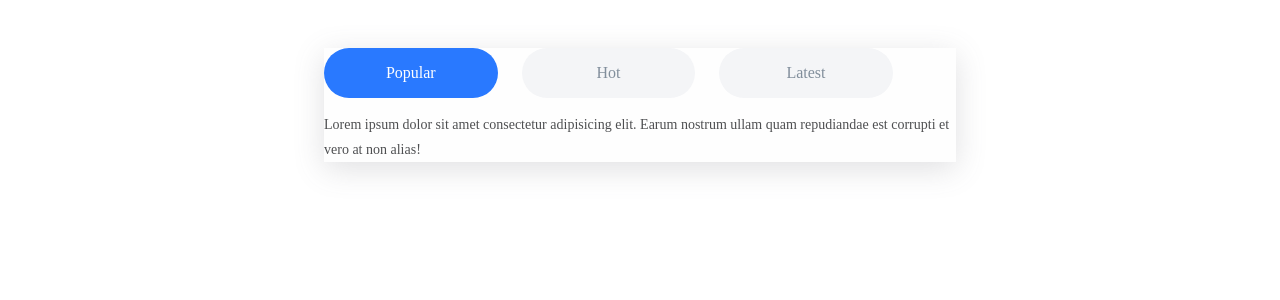
Repository: tungts3qb/Javascript
Page: tab.html
These files come from the project's save history. The page is drawn as it stood at one moment and after the next save; the edit follows.
The browser window is 1280 px wide. The pictures show the whole page.
After loading, the first visible `div.tab-item` was clicked once.

Above is the page before, as saved 2022-12-25 01:34:02.

### tab.html
<!DOCTYPE html>
<html lang="en">
  <head>
    <meta charset="UTF-8" />
    <meta http-equiv="X-UA-Compatible" content="IE=edge" />
    <meta name="viewport" content="width=device-width, initial-scale=1.0" />
    <link rel="stylesheet" href="style.css" />
    <title>Tab</title>
  </head>
  <body>
    <div class="tab">
      <div class="tab-list">
        <div class="tab-item active" data-tab="1">Popular</div>
        <div class="tab-item" data-tab="2">Hot</div>
        <div class="tab-item" data-tab="3">Latest</div>
      </div>
      <div class="tab-wrapper">
        <div class="tab-content active" data-tab="1">
          <h3 class="post-title">
            Lorem ipsum dolor sit amet consectetur adipisicing elit. Possimus
            veniam quam,
          </h3>
        </div>

        <div class="tab-content" data-tab="2">
          <h3 class="post-title">
            Lorem ipsum dolor sit amet consectetur adipisicing elit. Earum
            nostrum ullam quam repudiandae est corrupti et vero at non alias!
          </h3>
        </div>

        <div class="tab-content" data-tab="3">
          <h3 class="post-title">
            Lorem ipsum dolor sit amet consectetur adipisicing elit. Vero
            aspernatur dolore quibusdam et, vel pariatur dolores minima ipsa
            voluptas repellat rem, blanditiis corporis fugiat aut ullam debitis
            at sunt aliquid?
          </h3>
        </div>
      </div>
    </div>
    <script src="./tab.js"></script>
  </body>
</html>

### style.css
.button {
  padding: 20px;
  color: white;
  background-color: #ffa400;
  border: 0;
  margin: 50px auto;
  display: block;
  width: 300px;
  font-family: "Poppins", sans-serif;
}

.change {
  display: block;
  padding: 15px 40px;
  border-radius: 10px;
  border: 0;
  color: white;
  font-family: "Poppins", sans-serif;
  margin: 50px auto;
  background-color: #3d6ef7;
}

.menu {
  width: 300px;
  position: fixed;
  top: 0;
  right: 0;
  bottom: 0;
  box-shadow: rgba(100, 100, 111, 0.2) 0px 7px 29px 0px;
  list-style: none;
  transform: translateX(100%);
  transition: transform 0.25s linear;
  margin-top: 0;
  margin-bottom: 0;
}

.menu.is-show {
  transform: translateX(0%);
}

.menu-link {
  display: block;
  padding: 20px 15px;
  color: #333;
  border-bottom: 1px solid #eee;
}

.header {
  padding: 20px;
  display: flex;
  align-items: center;
  justify-content: flex-end;
}

.menu-toggle {
  cursor: pointer;
  font-size: 30px;
  position: relative;
  z-index: 9999;
}

.menu-item a {
  text-decoration: none;
}

/* ============ Tab.html ============= */

.tab {
  margin: 3rem auto;
  width: 50%;
  background-color: #fefefe;
  box-shadow: rgba(100, 100, 111, 0.2) 0px 7px 29px 0px;
}

.tab-list {
  display: flex;
  justify-content: space-between;

  width: 90%;
}

.tab-item {
  cursor: pointer;
  padding: 1rem 2rem;
  border-radius: 5rem;
  color: #818e9b;
  background-color: #f4f5f7;
  text-align: center;
  white-space: nowrap;
  font-weight: 500;
  margin: 0 auto;
  flex: 1;
}

.tab-item.active {
  color: white;
  background-color: #2979ff;
  pointer-events: none;
}

.tab-item:not(:first-child) {
  margin-left: 1.5rem;
}

.tab-content {
  display: none;
}

.tab-content.active {
  display: block;
}

.post {
  display: flex;
  align-items: center;
}

.post:not(:first-child) {
  margin-bottom: 2rem;
}

.post-title {
  color: #4e4f51;
  font-weight: 300;
  line-height: 1.8;
  font-size: 14px;
}

### tab.js
const tabItems = document.querySelectorAll(".tab-item");
const tabContents = document.querySelectorAll(".tab-content");
console.log(tabContents);
[...tabItems].forEach((item) => item.addEventListener("click", handleTabClick));
function handleTabClick(event) {
  [...tabItems].forEach((item) => item.classList.remove("active"));
  event.target.classList.add("active");
  const tabNumber = event.target.dataset.tab;
  [...tabContents].forEach((item) => item.classList.remove("active"));
  [...tabContents][tabNumber].classList.add("active");
}

After the next save:
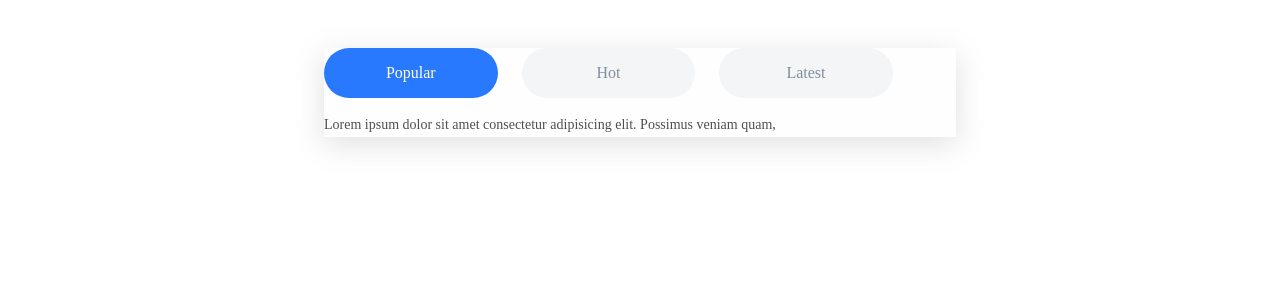
Saved 62 s later.
--- a/tab.js
+++ b/tab.js
@@ -7,5 +7,5 @@ function handleTabClick(event) {
   event.target.classList.add("active");
   const tabNumber = event.target.dataset.tab;
   [...tabContents].forEach((item) => item.classList.remove("active"));
-  [...tabContents][tabNumber].classList.add("active");
+  [...tabContents][tabNumber - 1].classList.add("active");
 }
